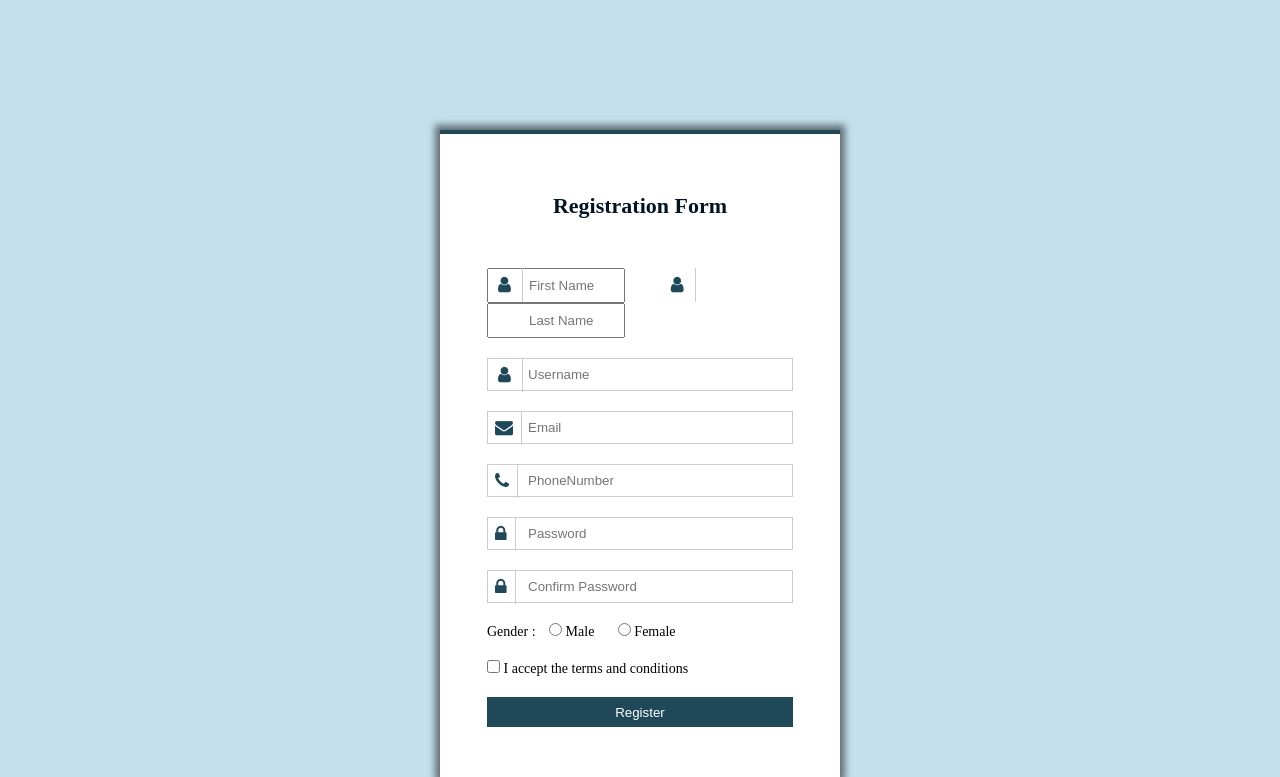
Repository: sampanna17/javabackup
Page: http://localhost/EvoX_CW/pages/register.jsp
These files come from the project's save history. The page is drawn as it stood at one moment and after the next save; the edit follows.
The browser window is 1280 px wide. The pictures show the whole page.
The page is served by Tomcat 9. Other server files are loaded and not shown.

Above is the page before, as saved 2024-05-05 11:44:03.

### EvoX_CW/src/main/webapp/pages/register.jsp
<%@page import="utils.StringUtils"%>
<%@ page language="java" contentType="text/html; charset=ISO-8859-1"
	pageEncoding="ISO-8859-1"%>

<%
String contextPath = request.getContextPath();
%>
<!DOCTYPE html>
<html lang="en">
<head>
    <meta charset="UTF-8">
    <meta name="viewport" content="width=device-width, initial-scale=1.0">
    <title>Registration Form</title>
    <link rel="stylesheet" type="text/css" href="../stylesheets/register.css"/>
    <link rel="stylesheet" href="https://cdnjs.cloudflare.com/ajax/libs/font-awesome/4.7.0/css/font-awesome.min.css">
</head>

<body>
    <div class="container">

    	<%-- Display error message --%>
		<%
		String errorMessage = (String) request.getAttribute(StringUtils.MESSAGE_ERROR);
		if(errorMessage != null && !errorMessage.isEmpty()){
		%>
		<p class= "error-message"><%=errorMessage%></p>
		<%
		}
		%>

        <h1>Registration Form</h1>
        <div class="form-container">
        <form action="<%=contextPath%>/registerstudent" method="post">

               <div class="input-name">
                    <i class="fa fa-user lock"></i>
                    <input type="text" placeholder="First Name" class="name">

                    <span>
                        <i class="fa fa-user lock"></i>
                        <input type="text" placeholder="Last Name" class="name">
                    </span>

                </div>
                <div class="input-name">
                    <i class="fa fa-user lock"></i>
                    <input type="text" placeholder="Username" class="text-name">
                </div>

                <div class="input-name">
                    <i class="fa fa-envelope email"></i>
                    <input type="email" placeholder="Email" class="text-name">
                </div>
                <div class="input-name">
                    <i class="fa fa-phone"></i>
                    <input type="text" placeholder="PhoneNumber" class="text-name">
                </div>
                <div class="input-name">
                    <i class="fa fa-lock"></i>
                    <input type="password" placeholder="Password" class="text-name">
                </div>
                <div class="input-name">
                    <i class="fa fa-lock"></i>
                    <input type="password" placeholder="Confirm Password" class="text-name">
                </div>
                <div class="input-name">
                    <p style="display: inline-block; margin-right: 10px;">Gender :</p>
                    <input type="radio" class="radio" name="r1" style="display: inline-block;">
                    <label style="margin-right: 20px; display: inline-block;">Male</label>

                    <input type="radio" class="radio1" name="r1" style="display: inline-block;">
                    <label style="display: inline-block;">Female</label>
                </div>

                <div class="input-name">
                    <input type="checkbox" class="check-button">
                    <label> I accept the terms and conditions</label>
                </div>
                <div class="input-name">
                    <input type="submit" class="button" value="Register">
                </div>

        </form>
            <%
			String errMsg = (String) request.getAttribute(StringUtils.MESSAGE_ERROR);
			String successMsg = (String) request.getAttribute(StringUtils.MESSAGE_SUCCESS);

			if (errMsg != null) {
			// print
			%>
			<h4 class="error-msg">
				<%
				out.println(errMsg);
				%>
			</h4>
			<%
			}

			if (successMsg != null) {
			// print
			%>
			<h4 class="success-msg">
				<%
				out.println(successMsg);
				%>
			</h4>
			<%
			}
			%>
        </div>
    </div>
</body>

</html>

### EvoX_CW/src/main/webapp/stylesheets/register.css
@charset "ISO-8859-1";

*
{
    margin:0;
    padding:0;
    box-sizing: border-box;
}
body{
    font-size: 14px;
    background-color:#c3e0ec;
}
.container{
    background-color: white;
    width:400px;
    padding: 30px;
    margin:130px auto 0;
    border-top: 4px solid#1F4959;
    box-shadow: 0 0 7px 5px rgba(0, 0, 0, 0.5);
}
.container h1{
    font-size: 22px;
    line-height: 24px;
    padding:30px;
    text-align: center;
    color:#011425

}
.input-name
{
    width:90%;
    position: relative;
    margin: 20px auto;
}

.lock{
    padding:8px 11px;
}

.name{
    width: 45%;
    padding:8px 0 8px 40px ;
}

.input-name span{
    margin-left: 35px;

}
.text-name{
    width:100%;
    padding:8px 0 8px 40px ;
}

.input-name i
{
    position: absolute;
    font-size: 18px;
    color:#1f4959;
    border-right: 1px solid #cccccc;

}
.email{
    padding:8px;
}
.input-name i.fa-lock{
    padding: 8px;
}
.input-name i.fa-phone{
    padding: 8px;
}

.text-name,name{
    border: 1px solid #cccccc;
    outline: none;
}
r1{
    margin-right: 4px ;
}

.button{
    background-color:#1f4959;
    color: white;
    height: 30px;
    width:100%;
    border: none;
    outline: none;
    cursor: pointer;

}
.button:hover{
    background-color:#c3e0ec;
}

After the next save:
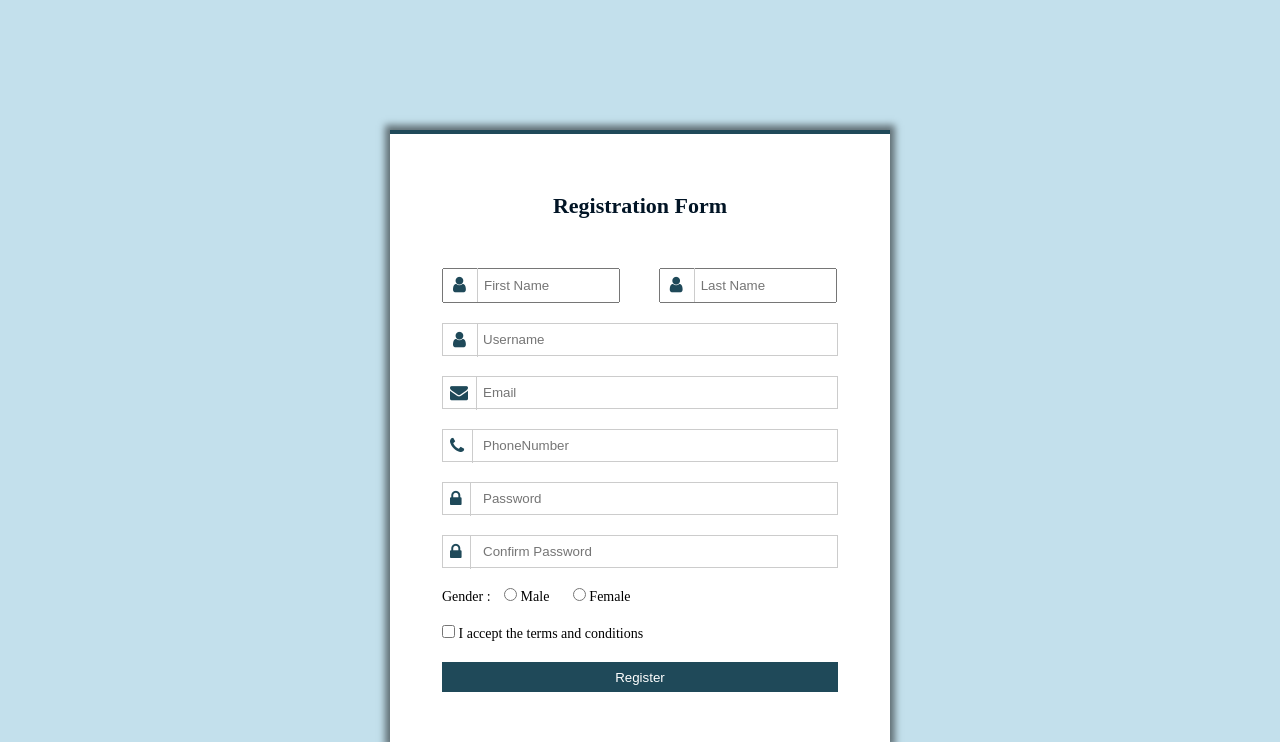
Saved 9 s later.
--- a/EvoX_CW/src/main/webapp/stylesheets/register.css
+++ b/EvoX_CW/src/main/webapp/stylesheets/register.css
@@ -12,7 +12,7 @@ body{
 }
 .container{
     background-color: white;
-    width:400px;
+    width:500px;
     padding: 30px;
     margin:130px auto 0;
     border-top: 4px solid#1F4959;
